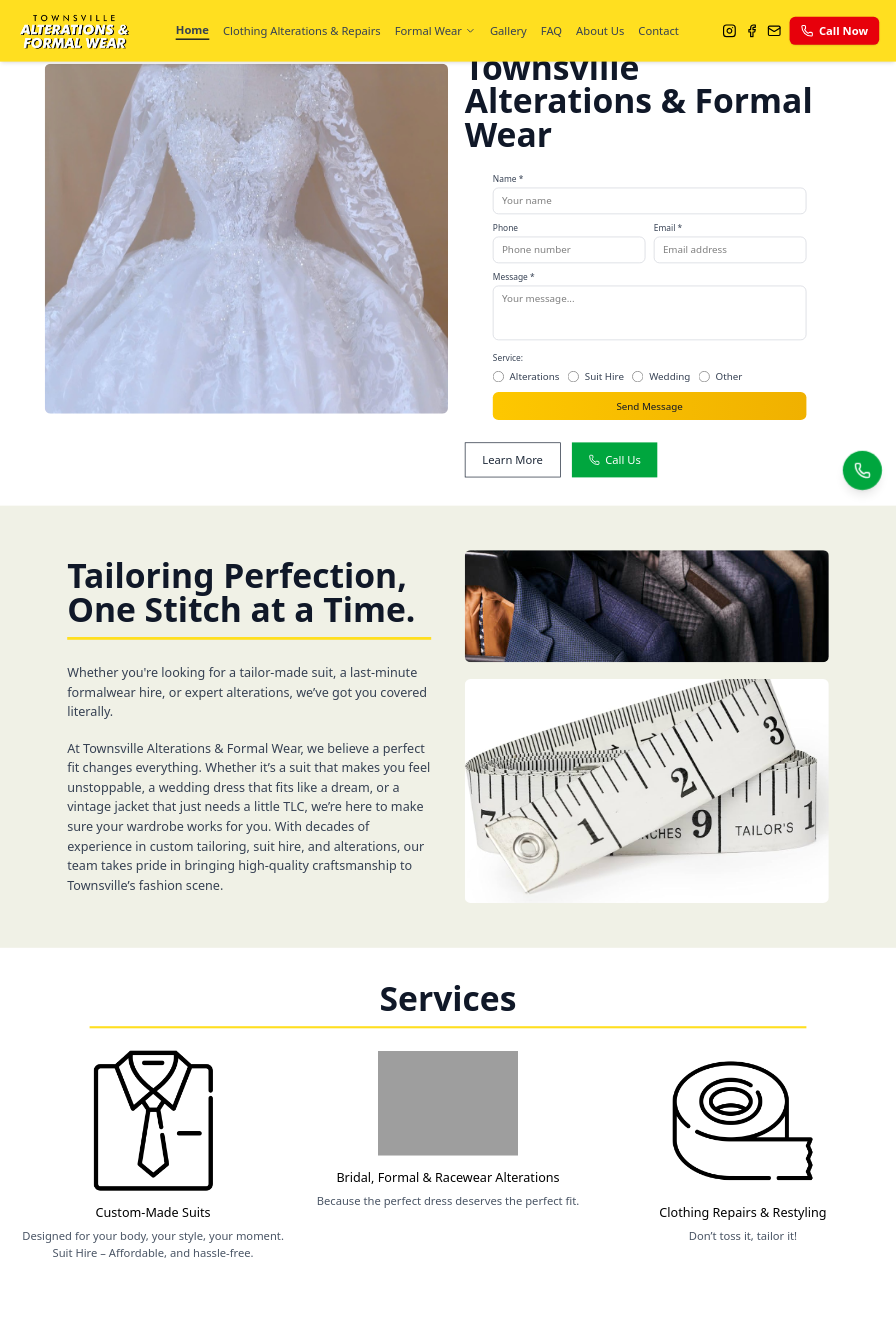
Repository: tarekhasan1/townsville-alteration
Page: /
These files come from the project's save history. The page is drawn as it stood at one moment and after the next save; the edit follows.
The browser window is 1280 px wide. The pictures show the part of the page from y = 0 to 1920 px (the page is 3276 px tall before and 3274 px after), at 70% of full size.
Pictures or frames that could not be fetched are drawn as grey boxes. The page's requests for data from a server got no answer. The project was rebuilt for these pictures with package versions that can differ from the ones it lists, and the page was loaded fresh each time. The framework's server and built-in components were replaced by stand-ins that run in the browser. No one was signed in, and anything a server would have sent is missing. Also part of the build but not shown: next.config.ts.

Above is the page before, as saved 2026-01-31 10:55:53.

After the next save:
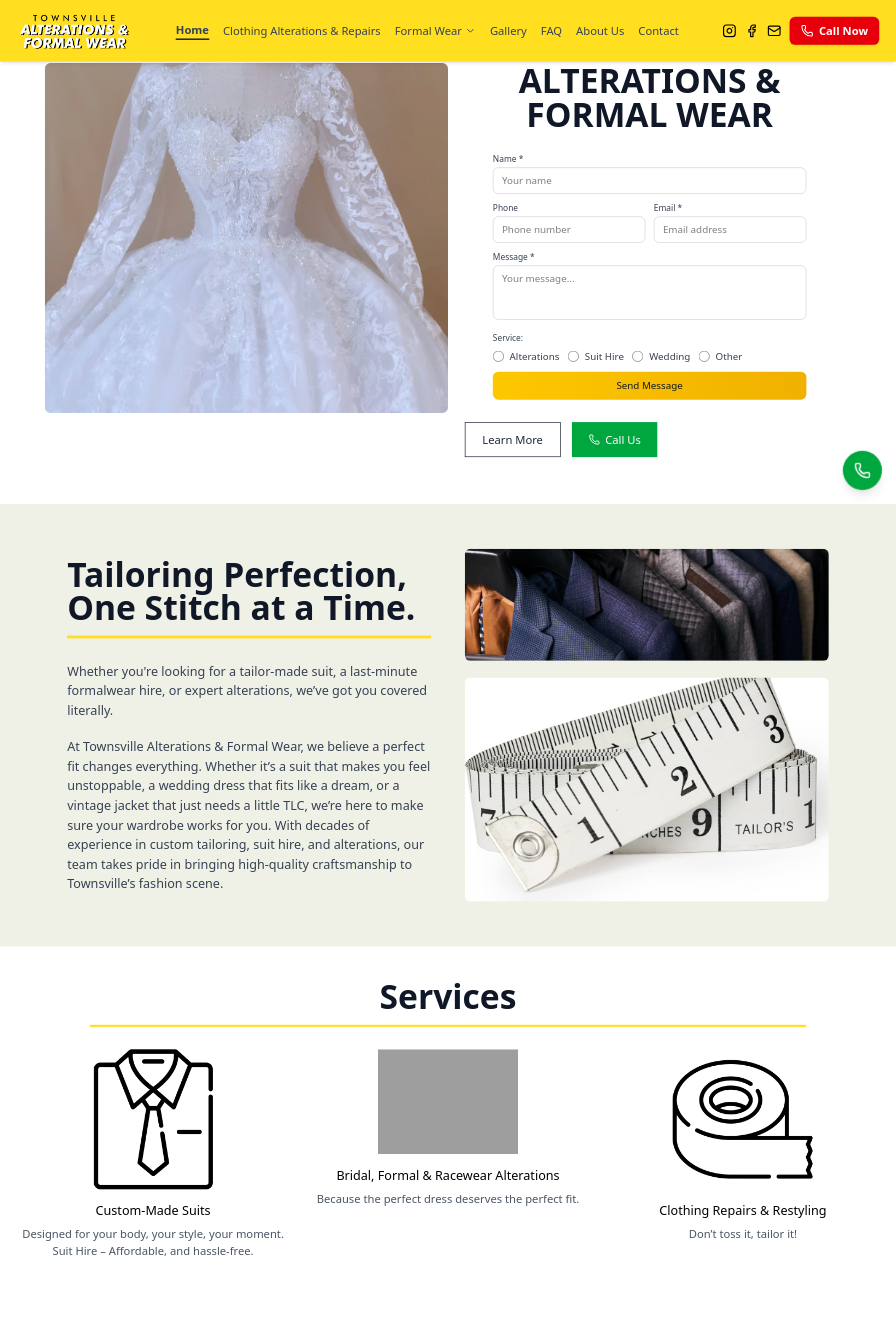
Saved 24 s later.
--- a/src/components/BannerCarousel.tsx
+++ b/src/components/BannerCarousel.tsx
@@ -45,11 +45,11 @@ const BannerCarousel = () => {
 
       {/* Right Column - Content with Contact Form */}
       <div className="w-full lg:w-1/2 text-center lg:text-left mt-6 lg:mt-0 px-6">
-        <h2 className="text-gray-800 text-lg uppercase tracking-wider text-center font-medium">
+        {/* <h2 className="text-gray-800 text-lg uppercase tracking-wider text-center font-medium">
           Reinvent Your Wardrobe. Or Hire One That Turns Heads.
-        </h2>
+        </h2> */}
 
-        <h2 className="text-4xl lg:text-5xl font-semibold text-gray-900 mt-4">
+        <h2 className="text-4xl lg:text-5xl font-semibold text-center uppercase text-gray-900 mt-4">
           Townsville Alterations & Formal Wear
         </h2>
 
